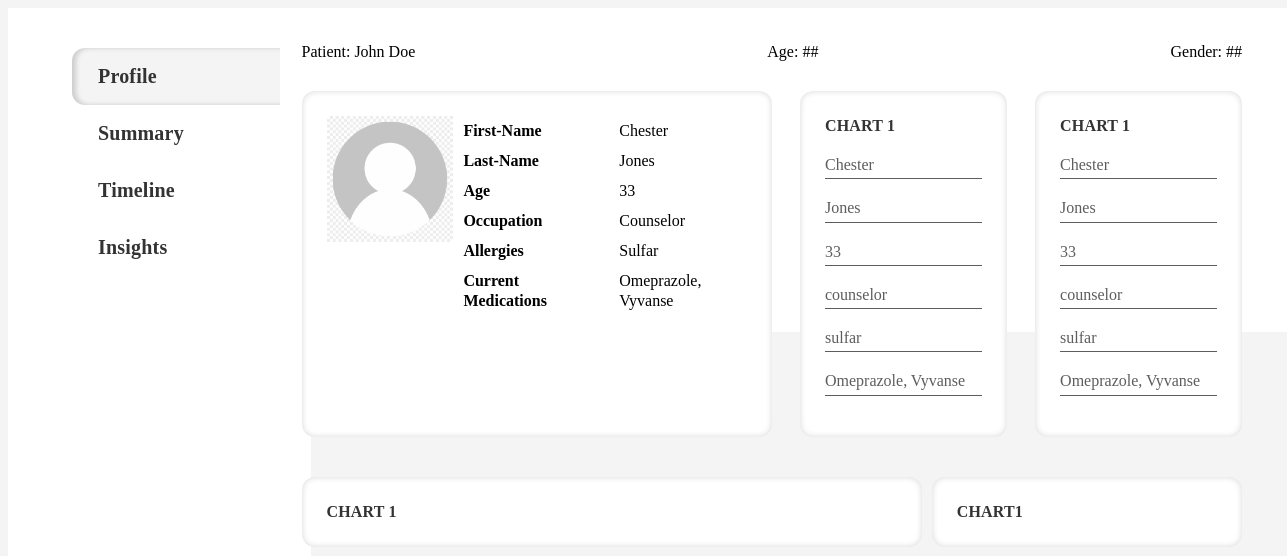
Repository: ariellecerini/clinical-reasoning
Page: /
The author's editor kept a copy of each file at every save. The page is drawn from the files as they stood at one save, then again after the next save.
The browser window is 1280 px wide. The page is 1287 px wide, so the pictures cover 1287 px, including what lies to the right of the window. The pictures show the whole page.
The project was rebuilt for these pictures with package versions that can differ from the ones it lists, and the page was loaded fresh each time.

Above is the page before, as saved 2021-07-19 00:03:35.

After the next save:
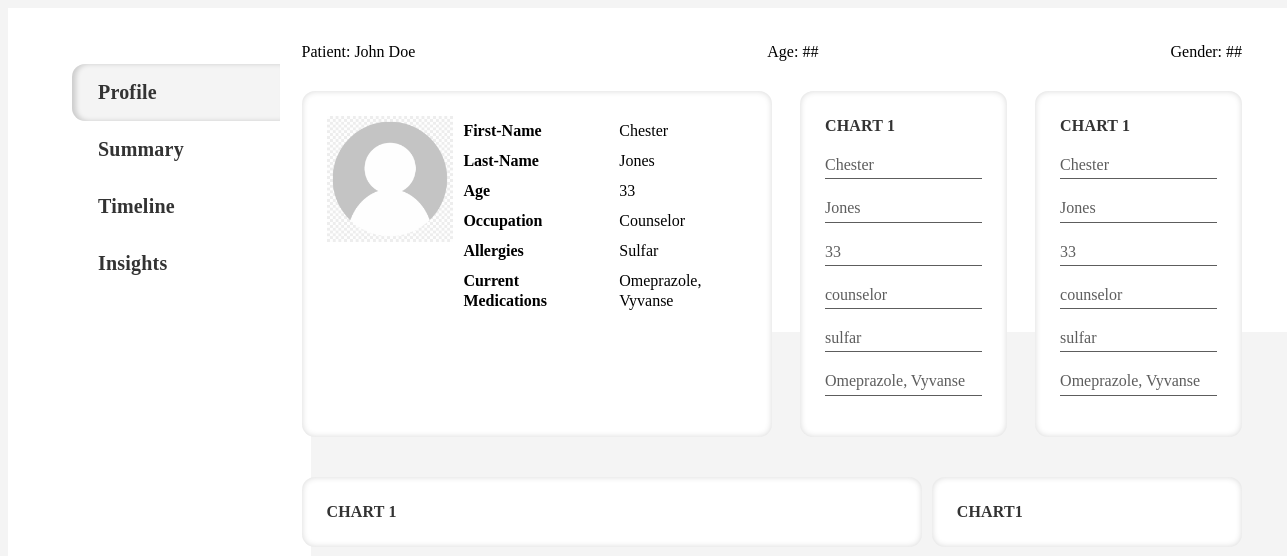
Saved 41 s later.
--- a/src/stories/Dashboard/Menu/SidePanel/Sidebar.vue
+++ b/src/stories/Dashboard/Menu/SidePanel/Sidebar.vue
@@ -51,6 +51,7 @@
         height: 100vh;
         z-index: 999;
         padding: 3rem 20px 2rem 20px;
+        padding-top: 5%;
         width: 300px;
     }
 </style>
